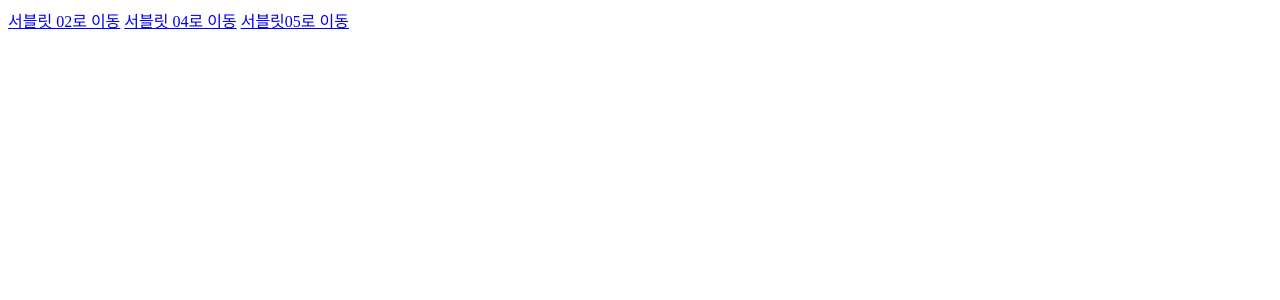
Repository: Minh137/java_works
Page: web05/src/main/webapp/index.html
The author's editor kept a copy of each file at every save. The page is drawn from the files as they stood at one save, then again after the next save.
The browser window is 1280 px wide. The pictures show the whole page.

Above is the page before, as saved 2024-08-26 01:19:16.

After the next save:
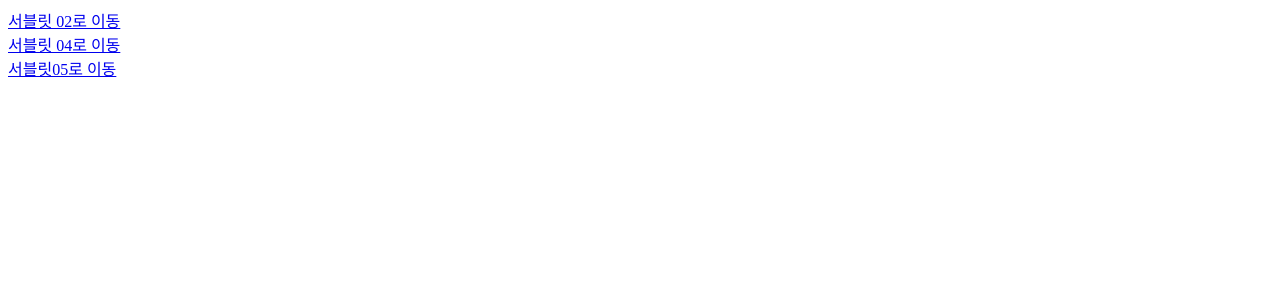
Saved 53 s later.
--- a/web05/src/main/webapp/index.html
+++ b/web05/src/main/webapp/index.html
@@ -5,8 +5,8 @@
 <title>Insert title here</title>
 </head>
 <body>
- <a href="servlet01?str=james">서블릿 02로 이동</a>
-  <a href="servlet03?str=alice">서블릿 04로 이동</a>
+ <a href="servlet01?str=james">서블릿 02로 이동</a><br>
+  <a href="servlet03?str=alice">서블릿 04로 이동</a><br>
   <a href="servlet05?str=andrew">서블릿05로 이동</a>
 </body>
 </html>
